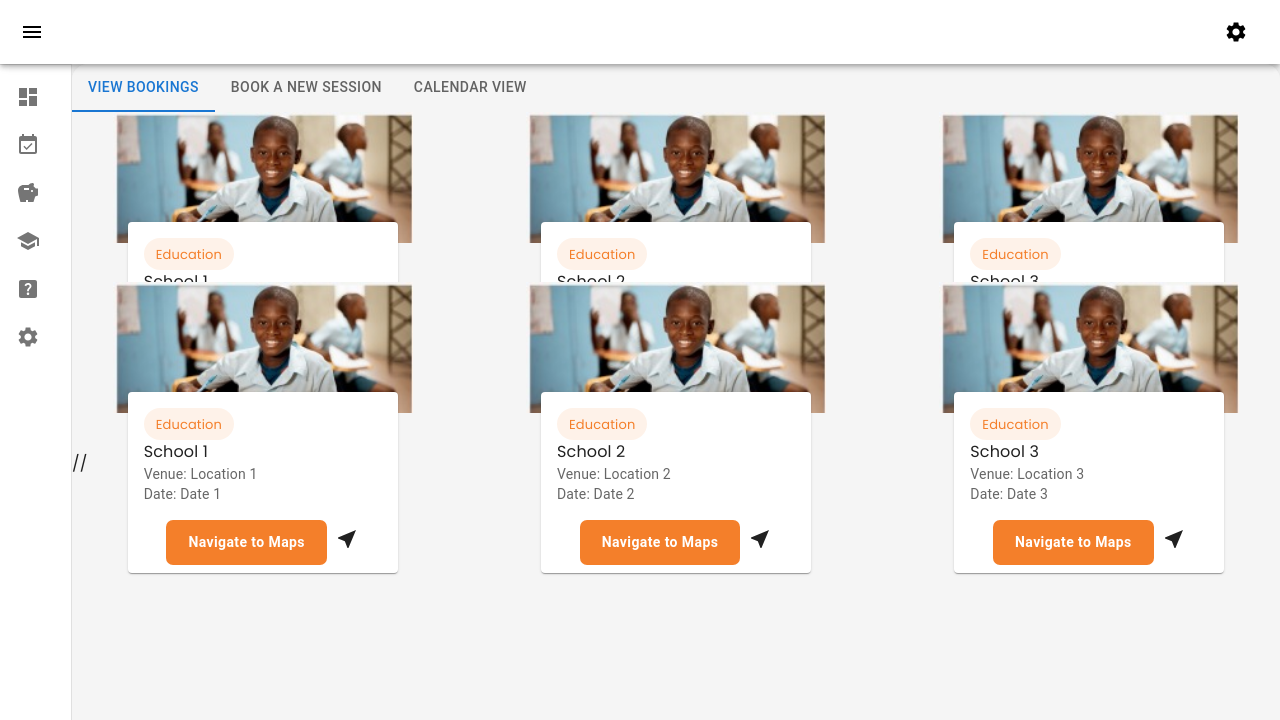
Repository: shubhampirate/Google_Solutions_Edural
Page: /bookings
The author's editor kept a copy of each file at every save. The page is drawn from the files as they stood at one save, then again after the next save.
The browser window is 1280 px wide. The pictures show the whole page.
An inner scrolling area shows only its first screen. The project was rebuilt for these pictures with package versions that can differ from the ones it lists, and the page was loaded fresh each time. Some packages were replaced by stand-ins written for this rebuild. Also part of the build but not shown: src/Components/Navbar.jsx, src/Components/Footer.jsx, src/Components/CongratsCard.jsx, src/pages/Hero/Hero.jsx, src/pages/Dashboard/Dashboard.jsx, src/pages/Sign_in.jsx, src/pages/Bookings/LicenseCard.jsx.

Above is the page before, as saved 2024-02-04 19:06:57.

After the next save:
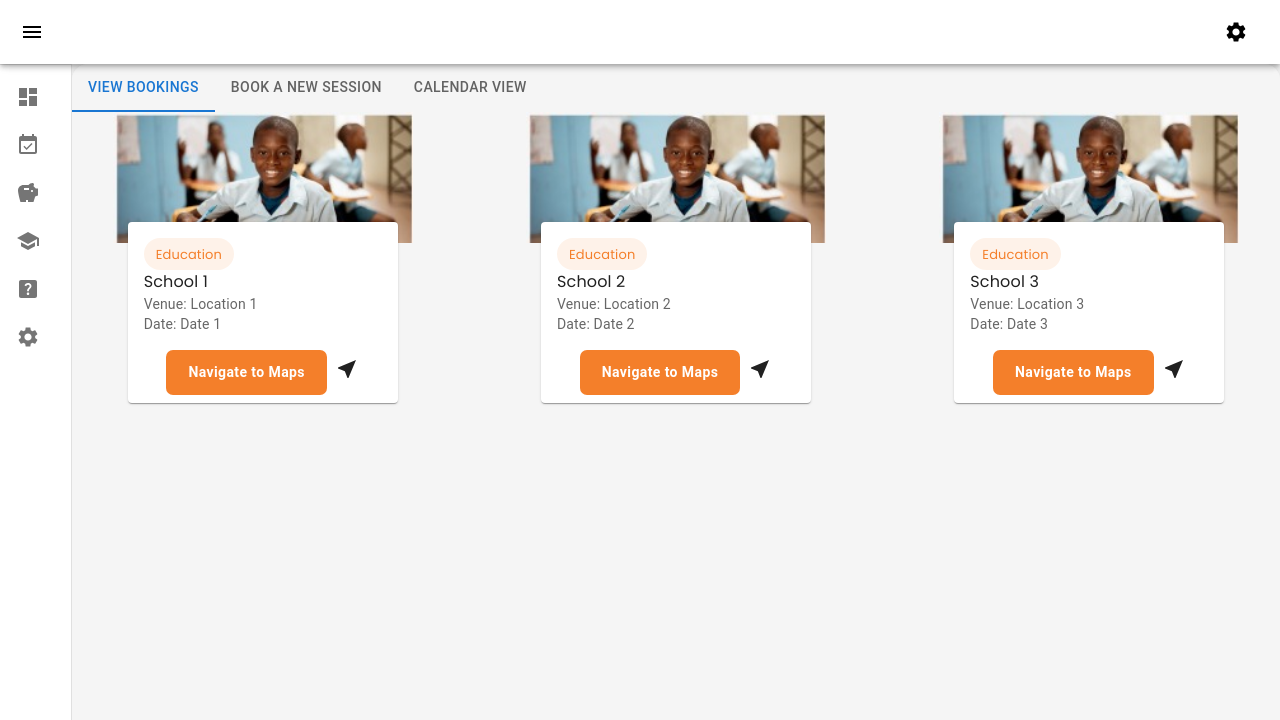
Saved 14 s later.
--- a/src/pages/Bookings/bookings.jsx
+++ b/src/pages/Bookings/bookings.jsx
@@ -116,7 +116,6 @@ export default function Booking() {
           </Tabs>
 
           {tabValue === 0 && (
-            <>
            <Grid container spacing={{ xs: 2, sm: 3, md: 4 }} justifyContent="center">
             <Grid item xs={12} sm={6} md={4} lg={4}>
               <ImageCard
@@ -153,43 +152,7 @@ export default function Booking() {
             </Grid>
             {/* Add more Grid items for additional cards */}
           </Grid>
-           <Grid container spacing={{ xs: 2, sm: 3, md: 4 }} justifyContent="center">
-            <Grid item xs={12} sm={6} md={4} lg={4}>
-              <ImageCard
-                imageSrc={heroImg}
-                schoolName="School 1"
-                venue="Location 1"
-                date="Date 1"
-                chipLabel="Education"
-                chipColor="rgba(244, 127, 42, 0.1)"
-                buttonText="Navigate to Maps"
-              />
-            </Grid>
-            <Grid item xs={12} sm={6} md={4} lg={4}>
-              <ImageCard
-                imageSrc={heroImg}
-                schoolName="School 2"
-                venue="Location 2"
-                date="Date 2"
-                chipLabel="Education"
-                chipColor="rgba(244, 127, 42, 0.1)"
-                buttonText="Navigate to Maps"
-              />
-            </Grid>
-            <Grid item xs={12} sm={6} md={4} lg={4}>
-              <ImageCard
-                imageSrc={heroImg}
-                schoolName="School 3"
-                venue="Location 3"
-                date="Date 3"
-                chipLabel="Education"
-                chipColor="rgba(244, 127, 42, 0.1)"
-                buttonText="Navigate to Maps"
-              />
-            </Grid>
-            {/* Add more Grid items for additional cards */}
-          </Grid>
-//           </>
+//
           )}
 
           {tabValue === 1 && (
